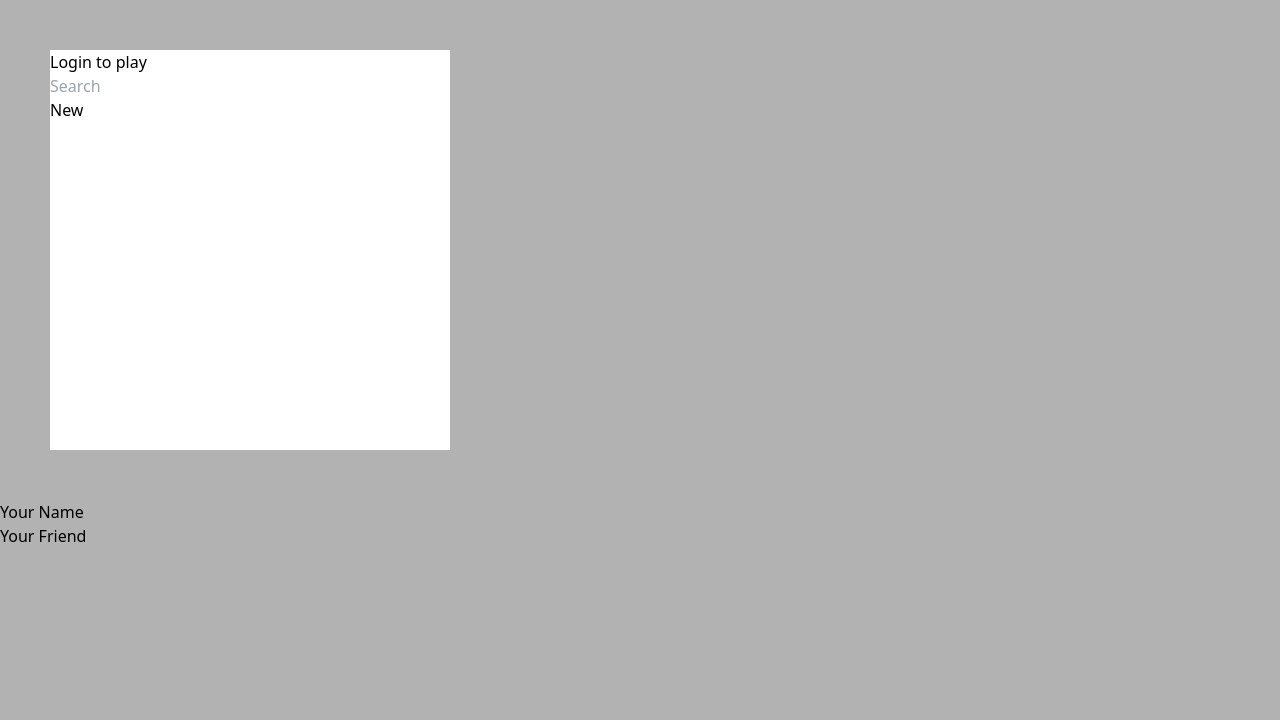
Repository: Teddy1705/demo_pj
Page: /
The author's editor kept a copy of each file at every save. The page is drawn from the files as they stood at one save, then again after the next save.
The browser window is 1280 px wide. The pictures show the whole page.
The project was rebuilt for these pictures with package versions that can differ from the ones it lists, and the page was loaded fresh each time. Also part of the build but not shown: vite.config.js.

Above is the page before, as saved 2024-04-16 08:54:19.

### index.html
<!DOCTYPE html>
<html lang="en">
  <head>
    <meta charset="UTF-8" />
    <link rel="icon" type="image/svg+xml" href="/vite.svg" />
    <meta name="viewport" content="width=device-width, initial-scale=1.0" />
    <title>Tic Tac Toe</title>
    <link rel="stylesheet" href="./src/index.css" />
  </head>
  <body>
    <div id="root"></div>
    <script type="module" src="/src/main.jsx"></script>
  </body>
</html>

### src/index.css
:root {
  --white-color: #fff;
  --black-color: #000;
}

/*
1. Prevent padding and border from affecting element width. (https://github.com/mozdevs/cssremedy/issues/4)
2. Allow adding a border to an element by just adding a border-width. (https://github.com/tailwindcss/tailwindcss/pull/116)
*/

*,
::before,
::after {
  box-sizing: border-box;
  /* 1 */
  border-width: 0;
  /* 2 */
  border-style: solid;
  /* 2 */
  border-color: #e5e7eb;
  /* 2 */
}

::before,
::after {
  --tw-content: "";
}

/*
1. Use a consistent sensible line-height in all browsers.
2. Prevent adjustments of font size after orientation changes in iOS.
3. Use a more readable tab size.
4. Use the user's configured `sans` font-family by default.
5. Use the user's configured `sans` font-feature-settings by default.
6. Use the user's configured `sans` font-variation-settings by default.
7. Disable tap highlights on iOS
*/

html,
:host {
  line-height: 1.5;
  /* 1 */
  -webkit-text-size-adjust: 100%;
  /* 2 */
  -moz-tab-size: 4;
  /* 3 */
  -o-tab-size: 4;
  tab-size: 4;
  /* 3 */
  font-family: ui-sans-serif, system-ui, sans-serif, "Apple Color Emoji",
    "Segoe UI Emoji", "Segoe UI Symbol", "Noto Color Emoji";
  /* 4 */
  font-feature-settings: normal;
  /* 5 */
  font-variation-settings: normal;
  /* 6 */
  -webkit-tap-highlight-color: transparent;
  /* 7 */
}

/*
1. Remove the margin in all browsers.
2. Inherit line-height from `html` so users can set them as a class directly on the `html` element.
*/

body {
  margin: 0;
  /* 1 */
  line-height: inherit;
  /* 2 */
}

/*
1. Add the correct height in Firefox.
2. Correct the inheritance of border color in Firefox. (https://bugzilla.mozilla.org/show_bug.cgi?id=190655)
3. Ensure horizontal rules are visible by default.
*/

hr {
  height: 0;
  /* 1 */
  color: inherit;
  /* 2 */
  border-top-width: 1px;
  /* 3 */
}

/*
Add the correct text decoration in Chrome, Edge, and Safari.
*/

abbr:where([title]) {
  -webkit-text-decoration: underline dotted;
  text-decoration: underline dotted;
}

/*
Remove the default font size and weight for headings.
*/

h1,
h2,
h3,
h4,
h5,
h6 {
  font-size: inherit;
  font-weight: inherit;
}

/*
Reset links to optimize for opt-in styling instead of opt-out.
*/

a {
  color: inherit;
  text-decoration: inherit;
}

/*
Add the correct font weight in Edge and Safari.
*/

b,
strong {
  font-weight: bolder;
}

/*
1. Use the user's configured `mono` font-family by default.
2. Use the user's configured `mono` font-feature-settings by default.
3. Use the user's configured `mono` font-variation-settings by default.
4. Correct the odd `em` font sizing in all browsers.
*/

code,
kbd,
samp,
pre {
  font-family: ui-monospace, SFMono-Regular, Menlo, Monaco, Consolas,
    "Liberation Mono", "Courier New", monospace;
  /* 1 */
  font-feature-settings: normal;
  /* 2 */
  font-variation-settings: normal;
  /* 3 */
  font-size: 1em;
  /* 4 */
}

/*
Add the correct font size in all browsers.
*/

small {
  font-size: 80%;
}

/*
Prevent `sub` and `sup` elements from affecting the line height in all browsers.
*/

sub,
sup {
  font-size: 75%;
  line-height: 0;
  position: relative;
  vertical-align: baseline;
}

sub {
  bottom: -0.25em;
}

sup {
  top: -0.5em;
}

/*
1. Remove text indentation from table contents in Chrome and Safari. (https://bugs.chromium.org/p/chromium/issues/detail?id=999088, https://bugs.webkit.org/show_bug.cgi?id=201297)
2. Correct table border color inheritance in all Chrome and Safari. (https://bugs.chromium.org/p/chromium/issues/detail?id=935729, https://bugs.webkit.org/show_bug.cgi?id=195016)
3. Remove gaps between table borders by default.
*/

table {
  text-indent: 0;
  /* 1 */
  border-color: inherit;
  /* 2 */
  border-collapse: collapse;
  /* 3 */
}

/*
1. Change the font styles in all browsers.
2. Remove the margin in Firefox and Safari.
3. Remove default padding in all browsers.
*/

button,
input,
optgroup,
select,
textarea {
  font-family: inherit;
  /* 1 */
  font-feature-settings: inherit;
  /* 1 */
  font-variation-settings: inherit;
  /* 1 */
  font-size: 100%;
  /* 1 */
  font-weight: inherit;
  /* 1 */
  line-height: inherit;
  /* 1 */
  letter-spacing: inherit;
  /* 1 */
  color: inherit;
  /* 1 */
  margin: 0;
  /* 2 */
  padding: 0;
  /* 3 */
}

/*
Remove the inheritance of text transform in Edge and Firefox.
*/

button,
select {
  text-transform: none;
}

/*
1. Correct the inability to style clickable types in iOS and Safari.
2. Remove default button styles.
*/

button,
input:where([type="button"]),
input:where([type="reset"]),
input:where([type="submit"]) {
  -webkit-appearance: button;
  /* 1 */
  background-color: transparent;
  /* 2 */
  background-image: none;
  /* 2 */
}

/*
Use the modern Firefox focus style for all focusable elements.
*/

:-moz-focusring {
  outline: auto;
}

/*
Remove the additional `:invalid` styles in Firefox. (https://github.com/mozilla/gecko-dev/blob/2f9eacd9d3d995c937b4251a5557d95d494c9be1/layout/style/res/forms.css#L728-L737)
*/

:-moz-ui-invalid {
  box-shadow: none;
}

/*
Add the correct vertical alignment in Chrome and Firefox.
*/

progress {
  vertical-align: baseline;
}

/*
Correct the cursor style of increment and decrement buttons in Safari.
*/

::-webkit-inner-spin-button,
::-webkit-outer-spin-button {
  height: auto;
}

/*
1. Correct the odd appearance in Chrome and Safari.
2. Correct the outline style in Safari.
*/

[type="search"] {
  -webkit-appearance: textfield;
  /* 1 */
  outline-offset: -2px;
  /* 2 */
}

/*
Remove the inner padding in Chrome and Safari on macOS.
*/

::-webkit-search-decoration {
  -webkit-appearance: none;
}

/*
1. Correct the inability to style clickable types in iOS and Safari.
2. Change font properties to `inherit` in Safari.
*/

::-webkit-file-upload-button {
  -webkit-appearance: button;
  /* 1 */
  font: inherit;
  /* 2 */
}

/*
Add the correct display in Chrome and Safari.
*/

summary {
  display: list-item;
}

/*
Removes the default spacing and border for appropriate elements.
*/

blockquote,
dl,
dd,
h1,
h2,
h3,
h4,
h5,
h6,
hr,
figure,
p,
pre {
  margin: 0;
}

fieldset {
  margin: 0;
  padding: 0;
}

legend {
  padding: 0;
}

ol,
ul,
menu {
  list-style: none;
  margin: 0;
  padding: 0;
}

/*
Reset default styling for dialogs.
*/

dialog {
  padding: 0;
}

/*
Prevent resizing textareas horizontally by default.
*/

textarea {
  resize: vertical;
}

/*
1. Reset the default placeholder opacity in Firefox. (https://github.com/tailwindlabs/tailwindcss/issues/3300)
2. Set the default placeholder color to the user's configured gray 400 color.
*/

input::-moz-placeholder,
textarea::-moz-placeholder {
  opacity: 1;
  /* 1 */
  color: #9ca3af;
  /* 2 */
}

input::placeholder,
textarea::placeholder {
  opacity: 1;
  /* 1 */
  color: #9ca3af;
  /* 2 */
}

/*
Set the default cursor for buttons.
*/

button,
[role="button"] {
  cursor: pointer;
}

/*
Make sure disabled buttons don't get the pointer cursor.
*/

:disabled {
  cursor: default;
}

/*
1. Make replaced elements `display: block` by default. (https://github.com/mozdevs/cssremedy/issues/14)
2. Add `vertical-align: middle` to align replaced elements more sensibly by default. (https://github.com/jensimmons/cssremedy/issues/14#issuecomment-634934210)
   This can trigger a poorly considered lint error in some tools but is included by design.
*/

img,
svg,
video,
canvas,
audio,
iframe,
embed,
object {
  display: block;
  /* 1 */
  vertical-align: middle;
  /* 2 */
}

/*
Constrain images and videos to the parent width and preserve their intrinsic aspect ratio. (https://github.com/mozdevs/cssremedy/issues/14)
*/

img,
video {
  max-width: 100%;
  height: auto;
}

/* Make elements with the HTML hidden attribute stay hidden by default */

[hidden] {
  display: none;
}

*,
::before,
::after {
  --tw-border-spacing-x: 0;
  --tw-border-spacing-y: 0;
  --tw-translate-x: 0;
  --tw-translate-y: 0;
  --tw-rotate: 0;
  --tw-skew-x: 0;
  --tw-skew-y: 0;
  --tw-scale-x: 1;
  --tw-scale-y: 1;
  --tw-pan-x: ;
  --tw-pan-y: ;
  --tw-pinch-zoom: ;
  --tw-scroll-snap-strictness: proximity;
  --tw-gradient-from-position: ;
  --tw-gradient-via-position: ;
  --tw-gradient-to-position: ;
  --tw-ordinal: ;
  --tw-slashed-zero: ;
  --tw-numeric-figure: ;
  --tw-numeric-spacing: ;
  --tw-numeric-fraction: ;
  --tw-ring-inset: ;
  --tw-ring-offset-width: 0px;
  --tw-ring-offset-color: #fff;
  --tw-ring-color: rgb(59 130 246 / 0.5);
  --tw-ring-offset-shadow: 0 0 #0000;
  --tw-ring-shadow: 0 0 #0000;
  --tw-shadow: 0 0 #0000;
  --tw-shadow-colored: 0 0 #0000;
  --tw-blur: ;
  --tw-brightness: ;
  --tw-contrast: ;
  --tw-grayscale: ;
  --tw-hue-rotate: ;
  --tw-invert: ;
  --tw-saturate: ;
  --tw-sepia: ;
  --tw-drop-shadow: ;
  --tw-backdrop-blur: ;
  --tw-backdrop-brightness: ;
  --tw-backdrop-contrast: ;
  --tw-backdrop-grayscale: ;
  --tw-backdrop-hue-rotate: ;
  --tw-backdrop-invert: ;
  --tw-backdrop-opacity: ;
  --tw-backdrop-saturate: ;
  --tw-backdrop-sepia: ;
  --tw-contain-size: ;
  --tw-contain-layout: ;
  --tw-contain-paint: ;
  --tw-contain-style: ;
}

::backdrop {
  --tw-border-spacing-x: 0;
  --tw-border-spacing-y: 0;
  --tw-translate-x: 0;
  --tw-translate-y: 0;
  --tw-rotate: 0;
  --tw-skew-x: 0;
  --tw-skew-y: 0;
  --tw-scale-x: 1;
  --tw-scale-y: 1;
  --tw-pan-x: ;
  --tw-pan-y: ;
  --tw-pinch-zoom: ;
  --tw-scroll-snap-strictness: proximity;
  --tw-gradient-from-position: ;
  --tw-gradient-via-position: ;
  --tw-gradient-to-position: ;
  --tw-ordinal: ;
  --tw-slashed-zero: ;
  --tw-numeric-figure: ;
  --tw-numeric-spacing: ;
  --tw-numeric-fraction: ;
  --tw-ring-inset: ;
  --tw-ring-offset-width: 0px;
  --tw-ring-offset-color: #fff;
  --tw-ring-color: rgb(59 130 246 / 0.5);
  --tw-ring-offset-shadow: 0 0 #0000;
  --tw-ring-shadow: 0 0 #0000;
  --tw-shadow: 0 0 #0000;
  --tw-shadow-colored: 0 0 #0000;
  --tw-blur: ;
  --tw-brightness: ;
  --tw-contrast: ;
  --tw-grayscale: ;
  --tw-hue-rotate: ;
  --tw-invert: ;
  --tw-saturate: ;
  --tw-sepia: ;
  --tw-drop-shadow: ;
  --tw-backdrop-blur: ;
  --tw-backdrop-brightness: ;
  --tw-backdrop-contrast: ;
  --tw-backdrop-grayscale: ;
  --tw-backdrop-hue-rotate: ;
  --tw-backdrop-invert: ;
  --tw-backdrop-opacity: ;
  --tw-backdrop-saturate: ;
  --tw-backdrop-sepia: ;
  --tw-contain-size: ;
  --tw-contain-layout: ;
  --tw-contain-paint: ;
  --tw-contain-style: ;
}

#modal {
  position: fixed;
  top: 0;
  right: 0;
  bottom: 0;
  left: 0;
}

#modal .modal__overlay {
  position: absolute;
  width: 100%;
  height: 100%;
  background-color: rgba(0, 0, 0, 0.3);
}

#modal .modal__body {
  position: relative;
  background-color: var(--white-color);
  margin: 50px;
  width: 400px;
  height: 400px;
}

### src/main.jsx
import React from "react";
import ReactDOM from "react-dom/client";
import App from "./App.jsx";
import { createBrowserRouter, RouterProvider } from "react-router-dom";
import Root from "./routes/root";
import "./index.css";

const router = createBrowserRouter([
  {
    path: "/",
    element: <Root />,
  },
]);

ReactDOM.createRoot(document.getElementById("root")).render(
  <React.StrictMode>
    <RouterProvider router={router} />
    <App />
  </React.StrictMode>
);

### src/routes/root.jsx
export default function Root() {
  return (
    <>
      <div id="modal">
        <div className="modal__overlay"></div>
        <div className="modal__body">
          <h1>Login to play</h1>
          <form id="search-form" role="search">
            <input
              id="q"
              aria-label="Search contacts"
              placeholder="Search"
              type="search"
              name="q"
            />
            <div id="search-spinner" aria-hidden hidden={true} />
            <div className="sr-only" aria-live="polite"></div>
          </form>
          <form method="post">
            <button type="submit">New</button>
          </form>
        </div>
        <nav>
          <ul>
            <li>
              <a
                href={`https://codesandbox.io/s/q2z497?file=%2Fsrc%2FApp.js&utm_medium=sandpack`}
              >
                Your Name
              </a>
            </li>
            <li>
              <a href={`/contacts/2`}>Your Friend</a>
            </li>
          </ul>
        </nav>
      </div>
      <div id="detail"></div>
    </>
  );
}

Loaded but not shown: src/App.jsx (common file)

After the next save:
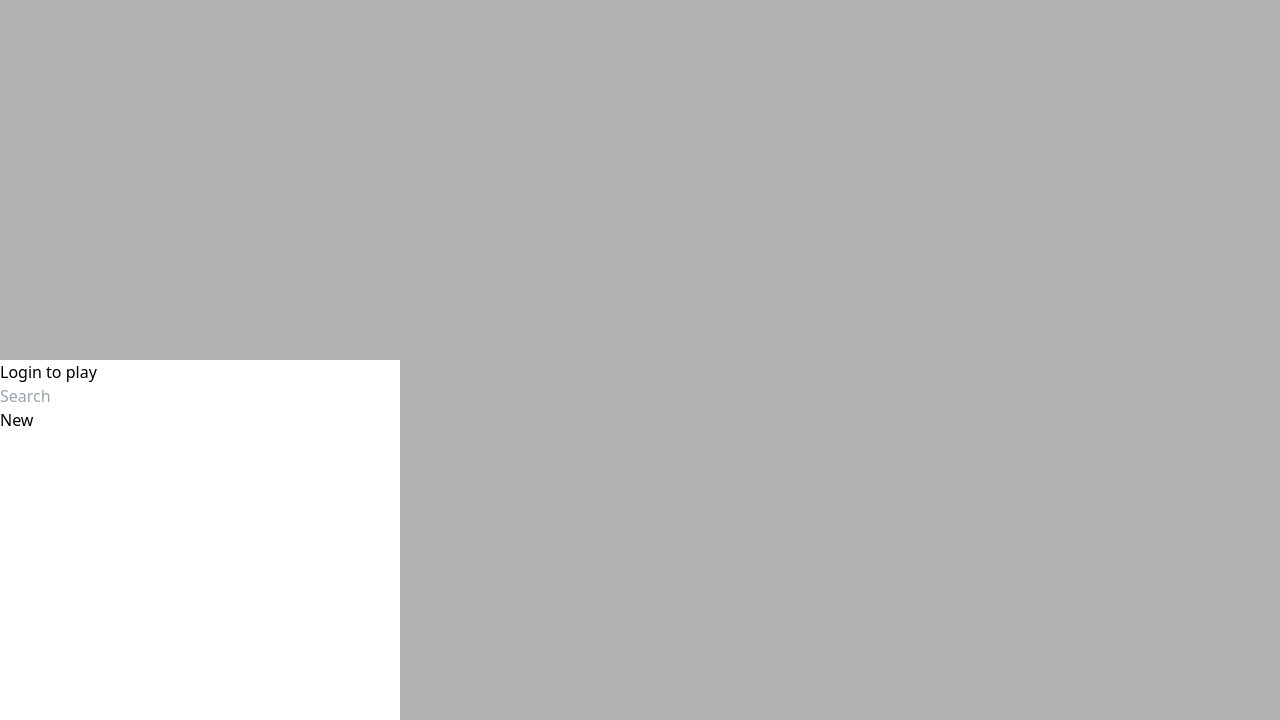
Saved 97 s later.
--- a/src/index.css
+++ b/src/index.css
@@ -578,7 +578,7 @@ video {
 #modal .modal__body {
   position: relative;
   background-color: var(--white-color);
-  margin: 50px;
+  top: 50%;
   width: 400px;
   height: 400px;
 }
